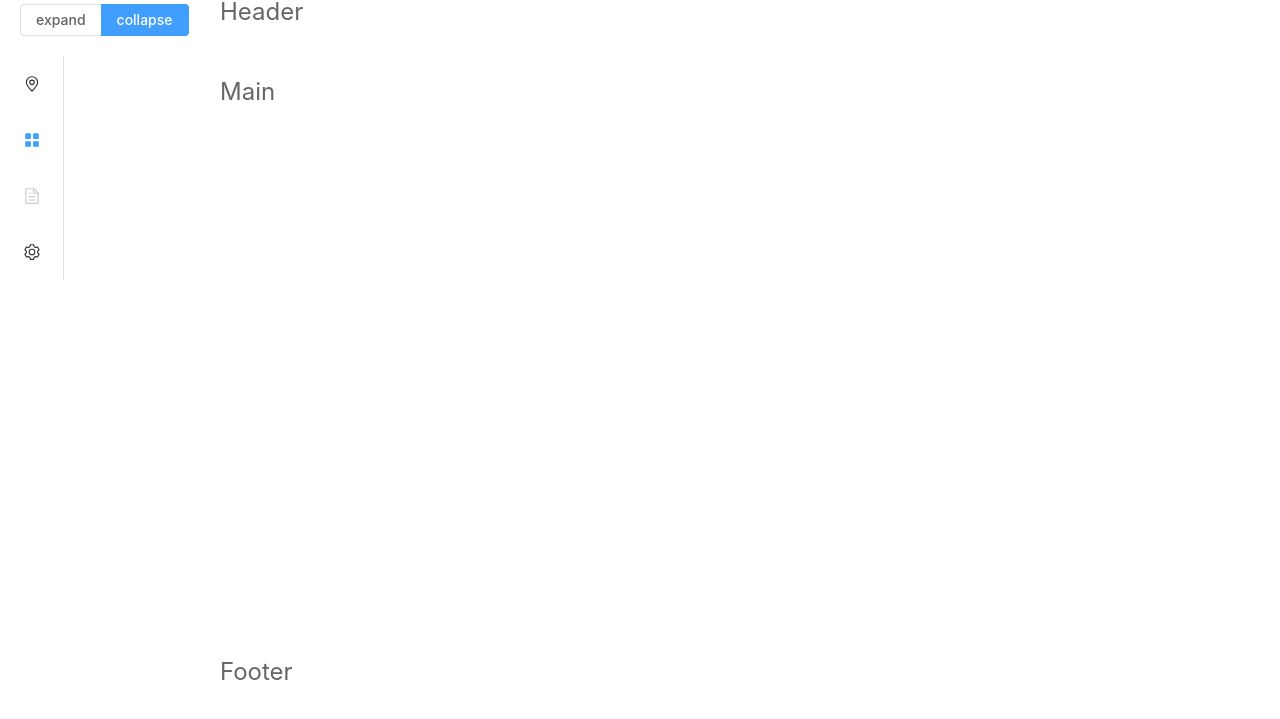
Repository: LeeypOR/management-system
Page: /
These files come from the project's save history. The page is drawn as it stood at one moment and after the next save; the edit follows.
The browser window is 1280 px wide. The pictures show the whole page.
The project was rebuilt for these pictures with package versions that can differ from the ones it lists, and the page was loaded fresh each time. Also part of the build but not shown: vite.config.ts.

Above is the page before, as saved 2023-02-27 12:32:48.
Console error: SyntaxError: Cannot use import statement outside a module

After the next save:
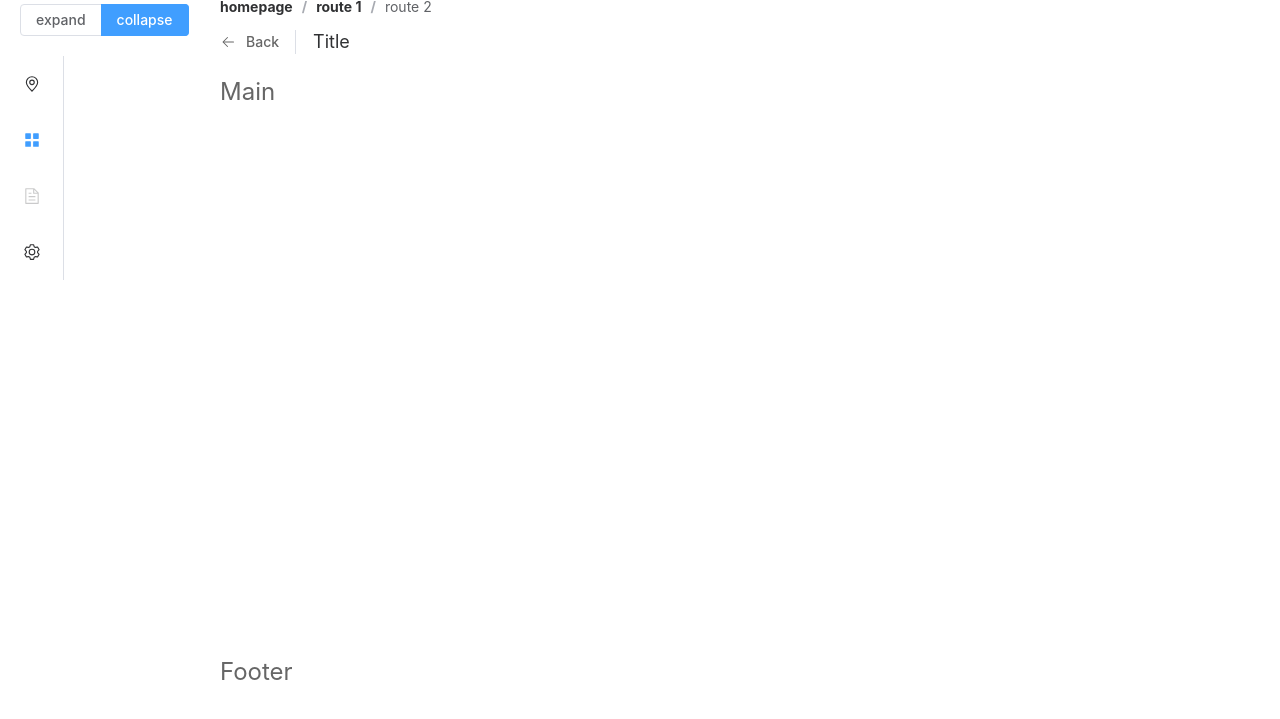
Saved 20 s later.
--- a/src/pages/index.vue
+++ b/src/pages/index.vue
@@ -5,7 +5,9 @@
         <Menu></Menu>
       </el-aside>
       <el-container >
-        <el-header>Header</el-header>
+        <el-header>
+          <Header></Header>
+        </el-header>
         <el-main>Main</el-main>
         <el-footer>Footer</el-footer>
       </el-container>
@@ -17,6 +19,7 @@
 
 <script setup lang="ts">
 import Menu from './BasePage/Menu.vue'
+import Header from './BasePage/Header.vue'
 
 </script>
 
